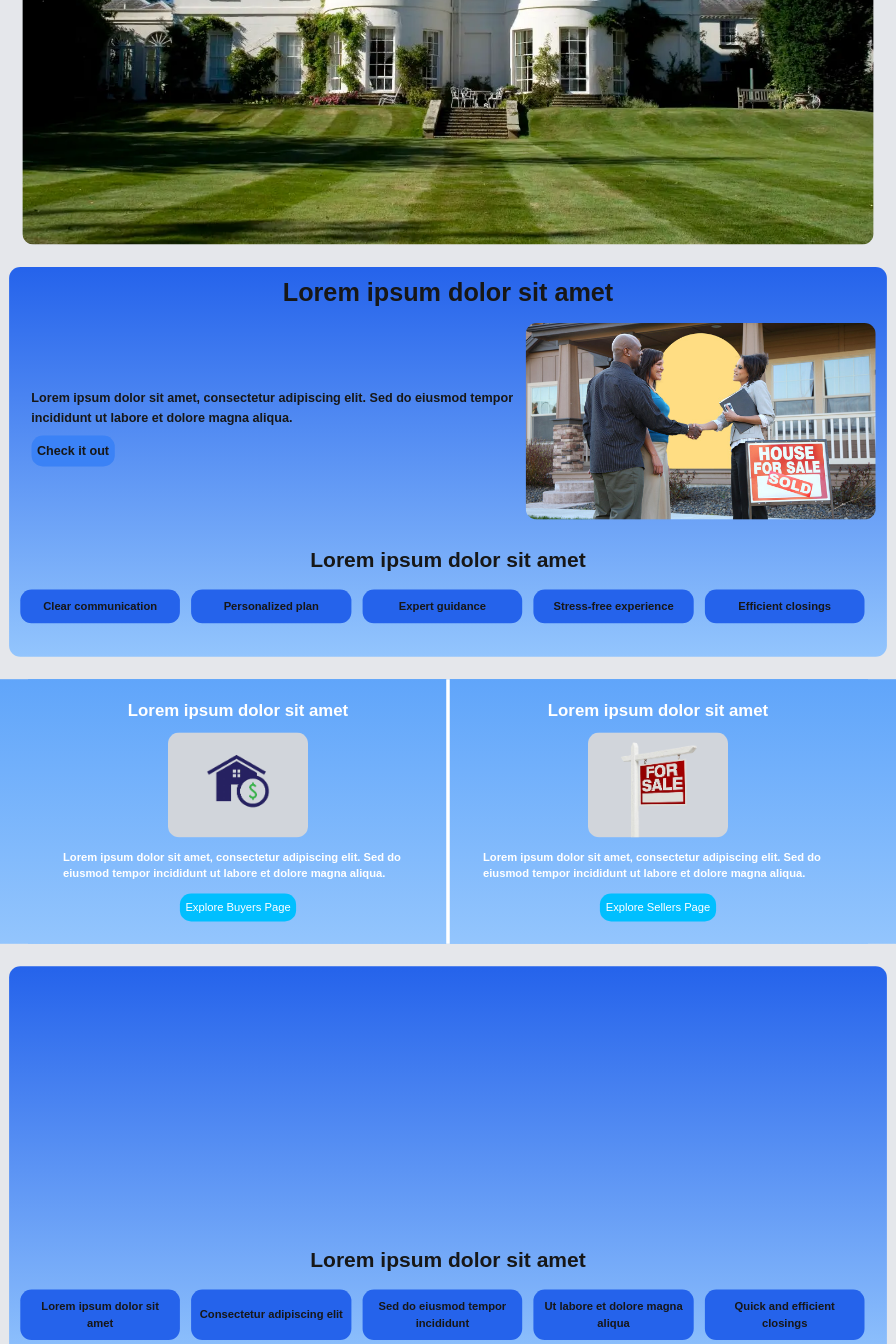
Repository: TMuse333/single-page-real-estate
Page: / (app in frontend/)
An editor plug-in stored every save of this project. The page is shown before and after a run of saves, followed by the edit.
The browser window is 1280 px wide. The pictures show the part of the page from y = 1206 to 3126 px (the page is 5968 px tall before and 6056 px after), at 70% of full size.
The project was rebuilt for these pictures with package versions that can differ from the ones it lists, and the page was loaded fresh each time. The framework's server and built-in components were replaced by stand-ins that run in the browser. Also part of the build but not shown: frontend/next.config.mjs.

Above is the page before, as saved 2024-12-05 16:21:56.

After the next 9 saves:
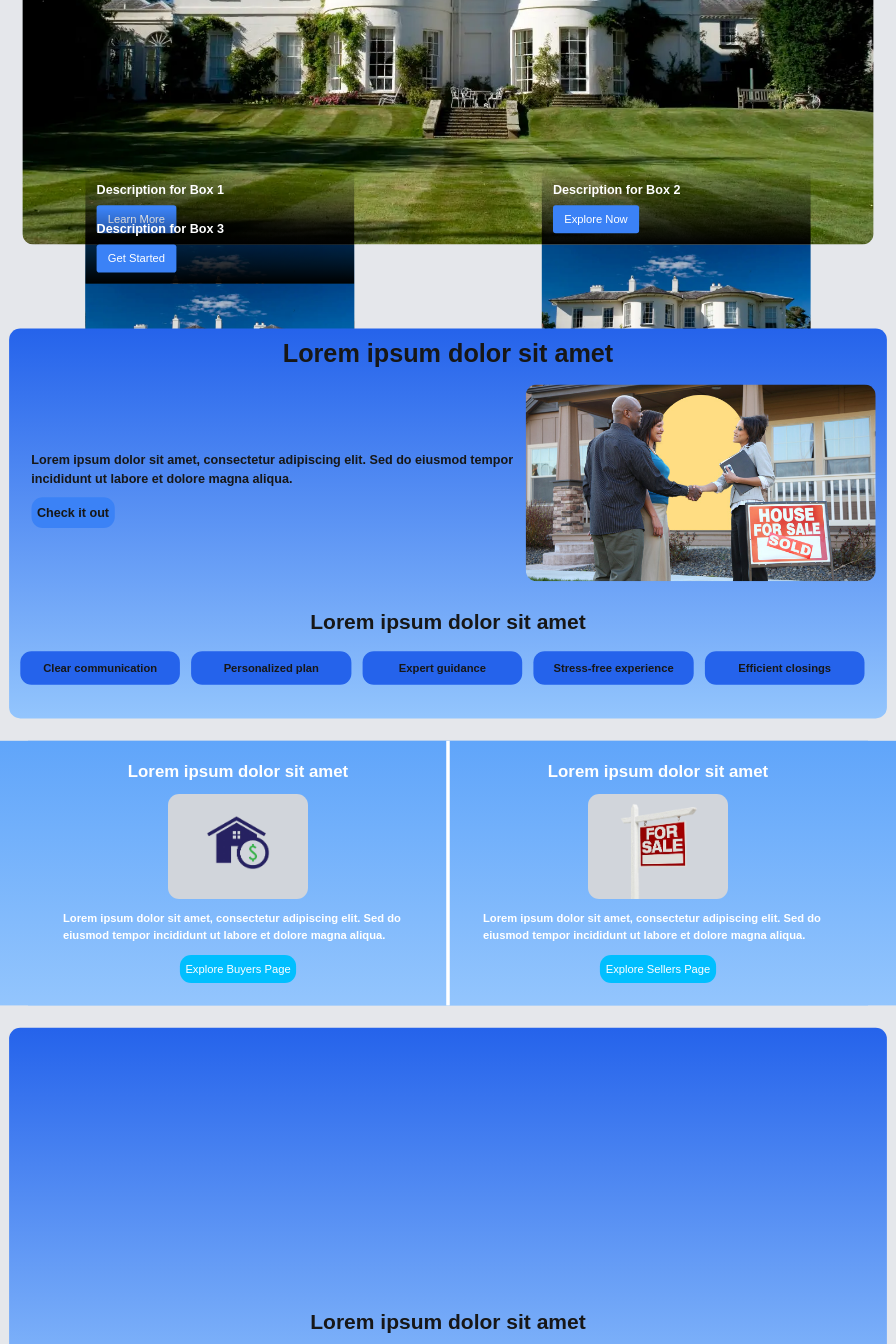
The 9 saves are shown as one change because 3 did not build or start and some came seconds apart.
The last was saved 78 s later.
--- a/frontend/src/app/page.tsx
+++ b/frontend/src/app/page.tsx
@@ -5,7 +5,8 @@ import AuroraHero from "../components/auroraHero/auroraHero";
 import CountUpStats from "../components/countUpStats/countUpStats";
 import ExperienceCard from "../components/experienceCard/experienceCard";
 import { experienceCard1, experienceCard2 ,experienceCard3,
- displayBox1, displayBox2,blogData, closingStatement, contactCard} from "@/data/data";
+ displayBox1, displayBox2,blogData, closingStatement, contactCard,
+interactiveBoxes} from "@/data/data";
 // import ImageTextBox from "./components/imageTextBox/imageTextBox";
 import DisplayBoxes from "../components/displayBox/displayBox";
 import Testimonials from "../components/testimonials/testimonials";
@@ -17,6 +18,7 @@ import ContactCard from "../components/contactCard/contactCard";
 import Herobanner from "@/components/herobanner/herobanner";
 import home from '../../public/home.webp'
 import ScaleImage from "@/components/scaleImage/scaleImage";
+import InteractiveBoxes from "@/components/interactiveDisplayBox/interactiveDisplayBox";
 export default function Home() {
   return (
     <>
@@ -36,6 +38,10 @@ export default function Home() {
     <ScaleImage
     src={home.src}
     alt={'slat'}
+    />
+
+    <InteractiveBoxes
+    boxes={interactiveBoxes}
     />
 
 {/* <ExperienceCard
